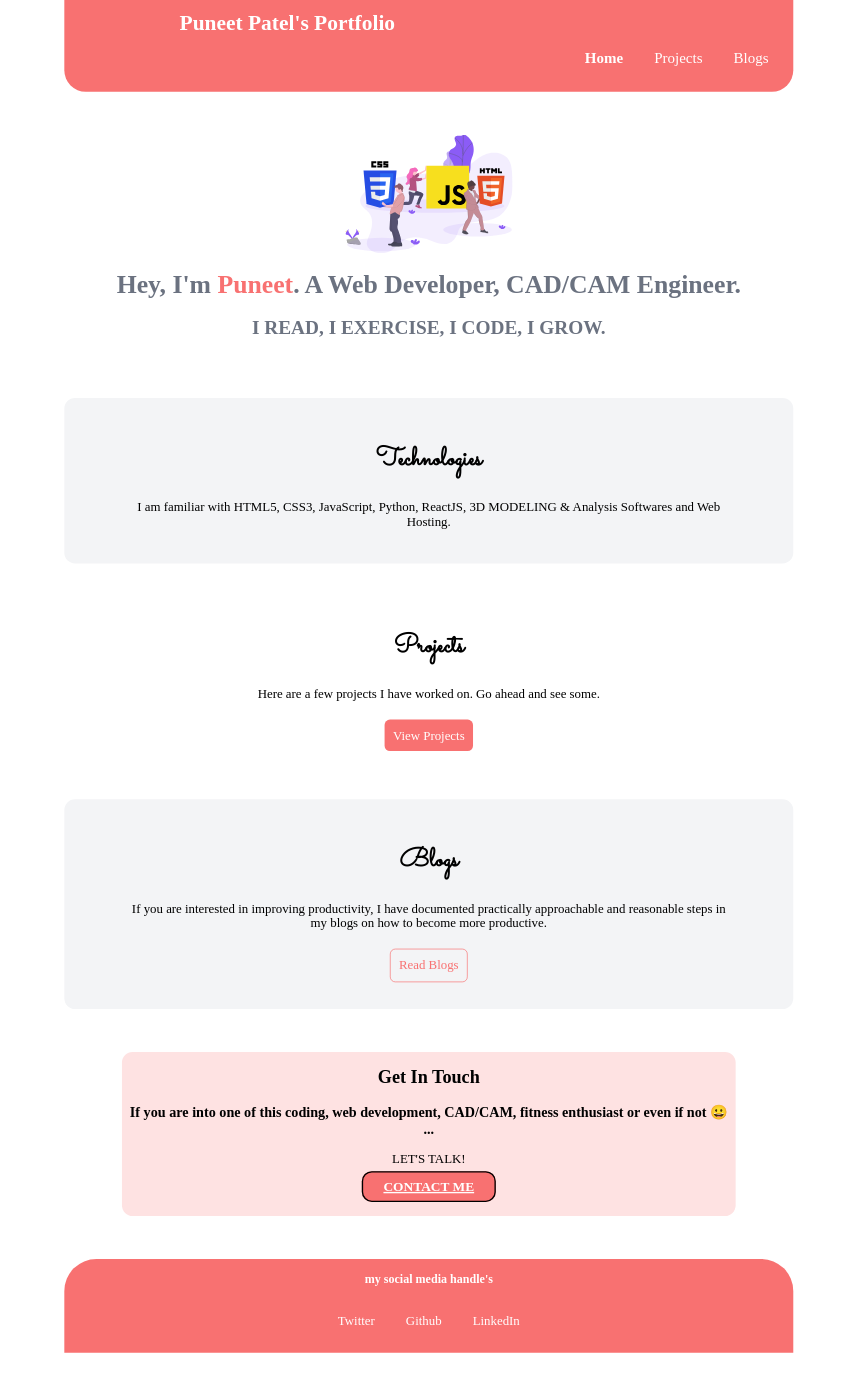
Repository: PuneetP16/Portfolio
Page: index.html
The author's editor kept a copy of each file at every save. The page is drawn from the files as they stood at one save, then again after the next save.
The browser window is 1280 px wide. The pictures show the whole page, at 67% of full size.
Some web fonts or font styles are not loaded; a fallback is used.

Above is the page before, as saved 2021-12-10 10:51:38.

After the next save:
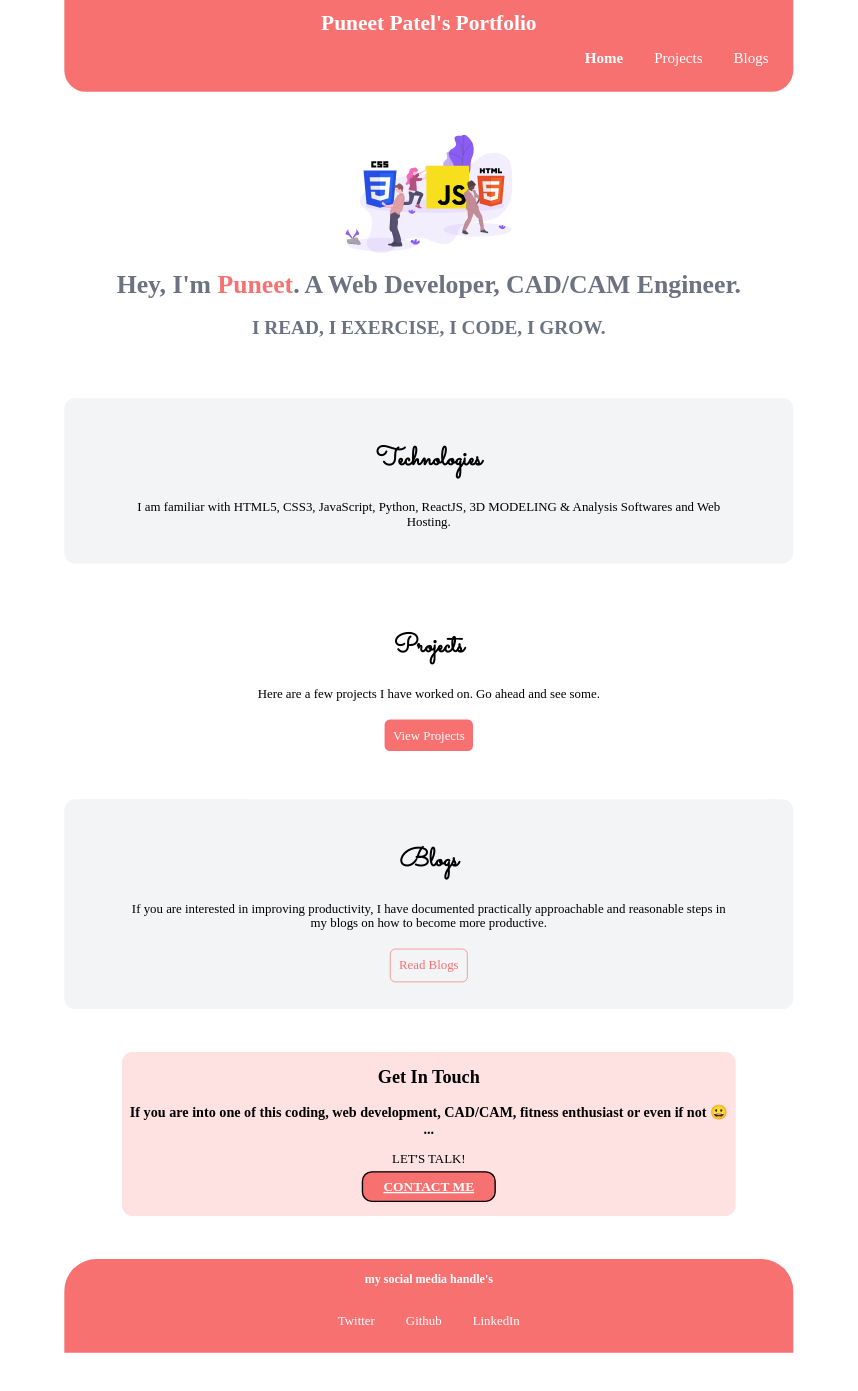
Saved 10 s later.
--- a/style.css
+++ b/style.css
@@ -60,7 +60,6 @@ hr {
   font-size: 2rem;
   margin: auto;
   text-align: center;
-  margin-right: 40%;
 }
 
 /** Lists **/
